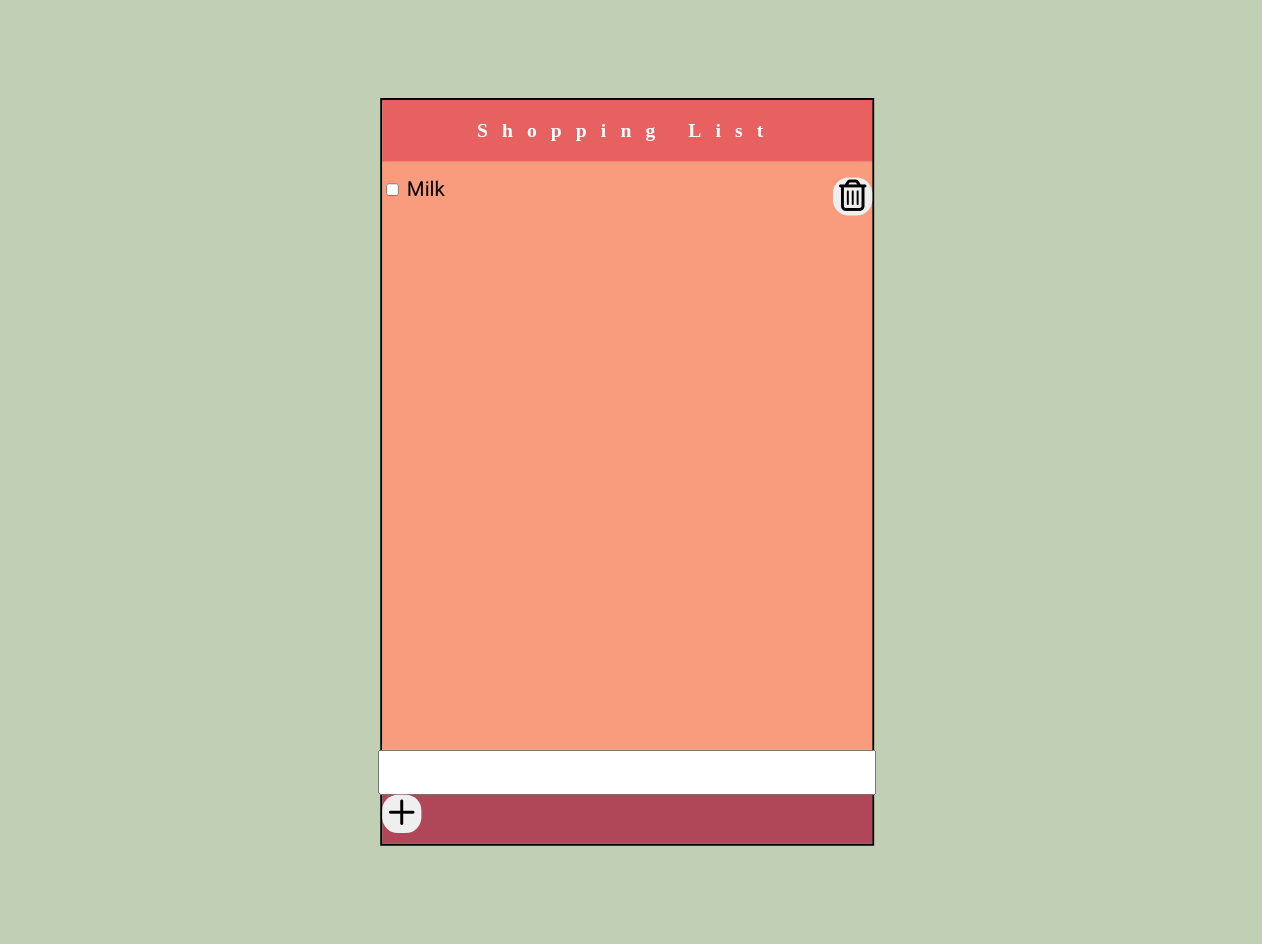
Repository: sephinejo/shopping-list-app
Page: index.html
The author's editor kept a copy of each file at every save. The page is drawn from the files as they stood at one save, then again after the next save.
The browser window is 1280 px wide. The page is 1280 px wide, then 1288 px, then 1280 px, so the pictures cover 1288 px, including what lies to the right of the window. The pictures show the whole page, at 98% of full size.
Some web fonts or font styles are not loaded; a fallback is used. Some web libraries are served in a nearby version.

Above is the page before, as saved 2023-05-11 22:45:08.

### index.html
<!DOCTYPE html>
<html lang="en">
  <head>
    <meta charset="UTF-8" />
    <meta http-equiv="X-UA-Compatible" content="IE=edge" />
    <meta name="viewport" content="width=device-width, initial-scale=1.0" />
    <title>Shopping List 🛍️🛒</title>
    <link rel="preconnect" href="https://fonts.googleapis.com" />
    <link rel="preconnect" href="https://fonts.gstatic.com" crossorigin />
    <link rel="preconnect" href="https://fonts.googleapis.com" />
    <link rel="preconnect" href="https://fonts.gstatic.com" crossorigin />
    <link rel="preconnect" href="https://fonts.googleapis.com" />
    <link rel="preconnect" href="https://fonts.gstatic.com" crossorigin />
    <link rel="preconnect" href="https://fonts.googleapis.com" />
    <link rel="preconnect" href="https://fonts.gstatic.com" crossorigin />
    <link
      href="https://fonts.googleapis.com/css2?family=Alice&family=Open+Sans:wght@300;400;700;800&family=Raleway:wght@400;600;700;800&family=Roboto+Mono:wght@300;400;500;700&family=Roboto:wght@400;500&family=Ubuntu:wght@400;700&display=swap"
      rel="stylesheet"
    />
    <script
      src="https://kit.fontawesome.com/9ac80604cb.js"
      crossorigin="anonymous"
    ></script>
    <link rel="stylesheet" href="style.css" />
    <script src="main.js" defer></script>
  </head>
  <body>
    <div class="container">
      <header>
        <p class="title">Shopping List</p>
      </header>
      <main>
        <ul class="items">
          <li class="item">
            <div class="item__title">
              <input class="item__checkbox" type="checkbox" />
              <label for="item__name">Milk</label>
            </div>
            <div class="item__delete">
              <button><i class="fa-regular fa-trash-can"></i></button>
            </div>
          </li>
        </ul>
      </main>
      <input class="input" type="text" />
      <footer>
        <button class="add">
          <i class="fa-regular fa-plus"></i>
        </button>
      </footer>
    </div>
  </body>
</html>

### style.css
body {
  margin: 0 auto;
  background-color: #c1d0b5;
}

.container {
  margin: 100px auto;
  width: 500px;
  border: 2px solid black;
  display: flex;
  flex-direction: column;
  align-items: center;
}

header {
  width: 100%;
  text-align: center;
  font-family: 'Alice';
  color: white;
  letter-spacing: 0.9rem;
  font-weight: 700;
  font-size: 20px;
  background-color: #e76161;
}

main {
  background-color: #f99b7d;
  width: 100%;
  height: 600px;
}

ul {
  padding: 0;
}

li {
  list-style: none;
  display: flex;
  justify-content: space-between;
  font-size: 1.3rem;
  font-family: 'Roboto';
}

.input {
  width: 100%;
  height: 40px;
  outline: none;
  font-size: 1.4rem;
}

footer {
  height: 50px;
  background-color: #b04759;
  width: 100%;
}

button {
  border-style: none;
  border-radius: 1rem;
  cursor: pointer;
  font-size: 2rem;
  text-align: center;
}

Loaded but not shown: main.js (no copy from this time; the picture is the same without it)

After the next save:
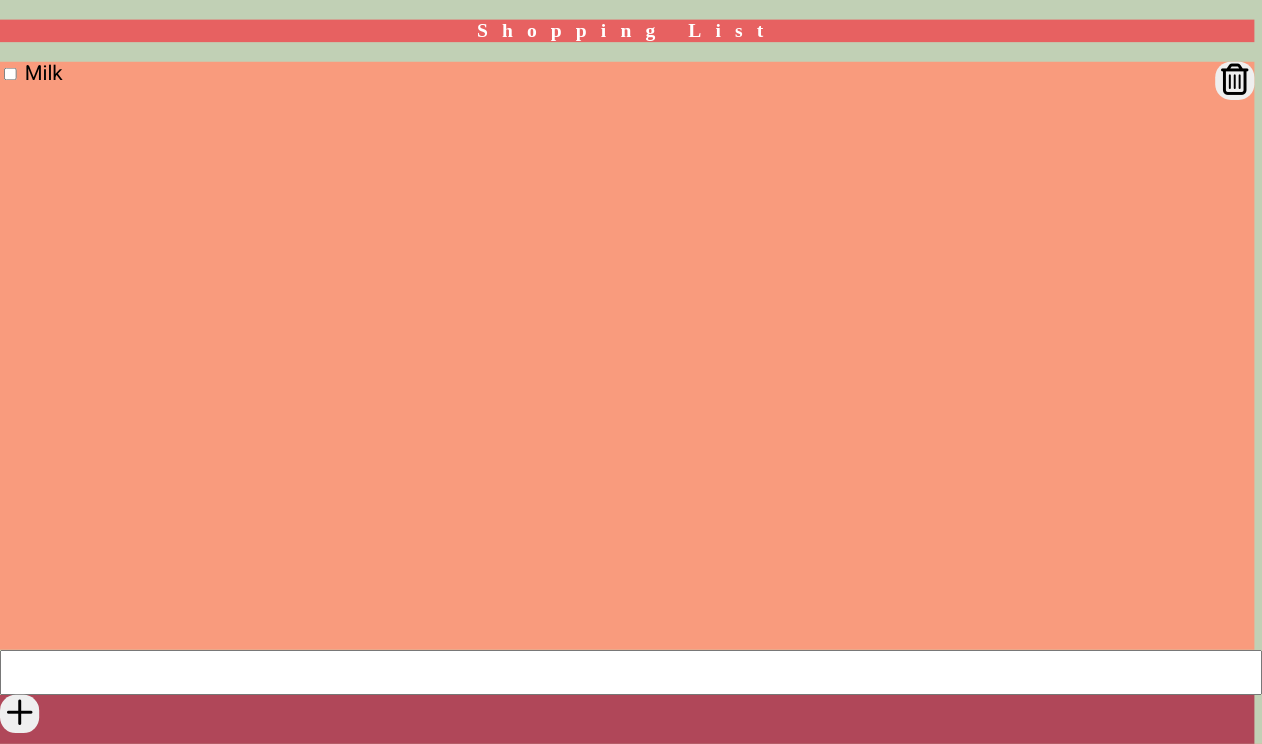
Saved 55 s later.
--- a/index.html
+++ b/index.html
@@ -25,29 +25,27 @@
     <script src="main.js" defer></script>
   </head>
   <body>
-    <div class="container">
-      <header>
-        <p class="title">Shopping List</p>
-      </header>
-      <main>
-        <ul class="items">
-          <li class="item">
-            <div class="item__title">
-              <input class="item__checkbox" type="checkbox" />
-              <label for="item__name">Milk</label>
-            </div>
-            <div class="item__delete">
-              <button><i class="fa-regular fa-trash-can"></i></button>
-            </div>
-          </li>
-        </ul>
-      </main>
-      <input class="input" type="text" />
-      <footer>
-        <button class="add">
-          <i class="fa-regular fa-plus"></i>
-        </button>
-      </footer>
-    </div>
+    <header>
+      <p class="title">Shopping List</p>
+    </header>
+    <main>
+      <ul class="items">
+        <li class="item">
+          <div class="item__title">
+            <input class="item__checkbox" type="checkbox" />
+            <label for="item__name">Milk</label>
+          </div>
+          <div class="item__delete">
+            <button><i class="fa-regular fa-trash-can"></i></button>
+          </div>
+        </li>
+      </ul>
+    </main>
+    <input class="input" type="text" />
+    <footer>
+      <button class="add">
+        <i class="fa-regular fa-plus"></i>
+      </button>
+    </footer>
   </body>
 </html>

After the save that followed:
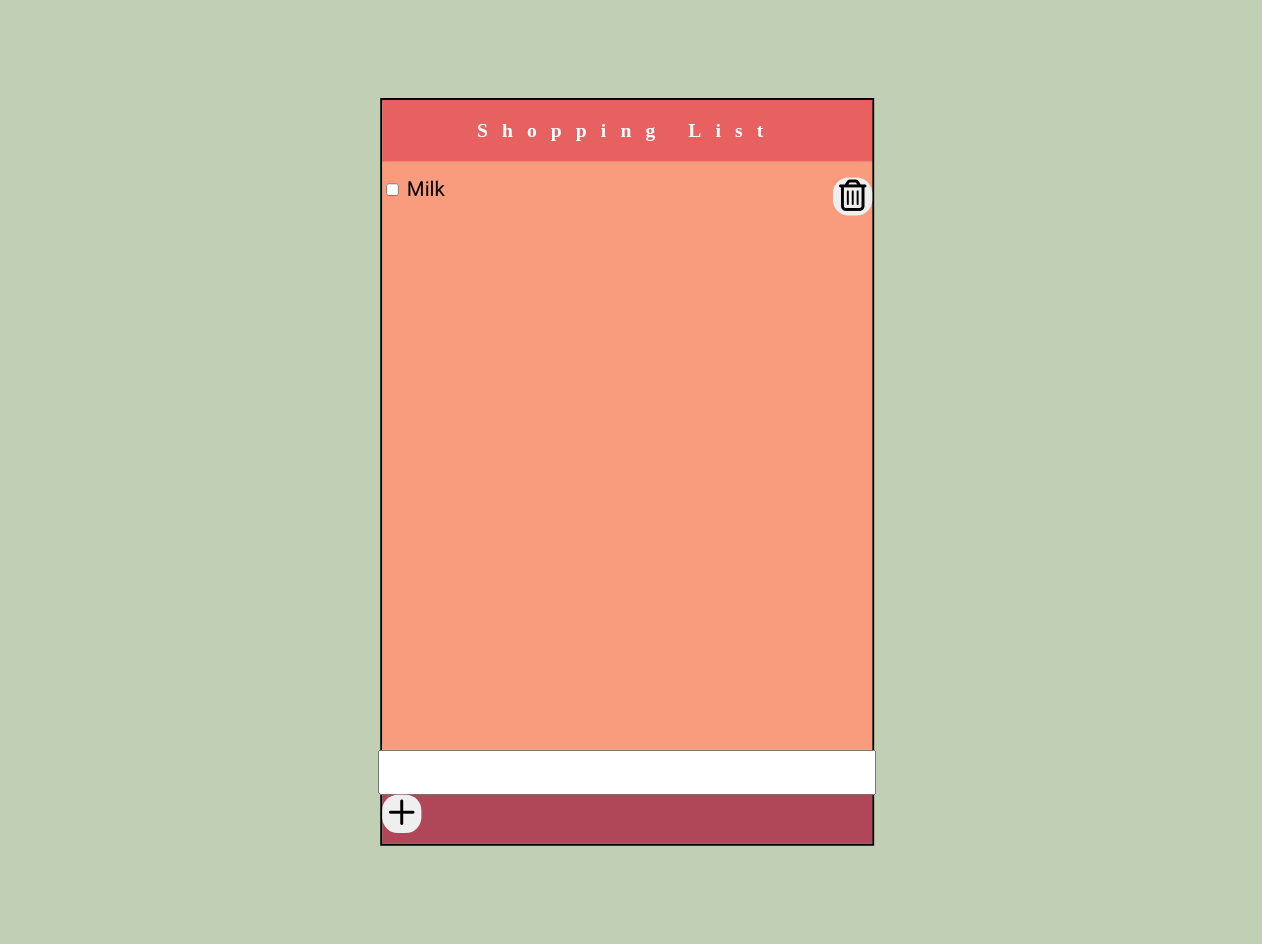
Saved 11 s later.
--- a/index.html
+++ b/index.html
@@ -25,27 +25,29 @@
     <script src="main.js" defer></script>
   </head>
   <body>
-    <header>
-      <p class="title">Shopping List</p>
-    </header>
-    <main>
-      <ul class="items">
-        <li class="item">
-          <div class="item__title">
-            <input class="item__checkbox" type="checkbox" />
-            <label for="item__name">Milk</label>
-          </div>
-          <div class="item__delete">
-            <button><i class="fa-regular fa-trash-can"></i></button>
-          </div>
-        </li>
-      </ul>
-    </main>
-    <input class="input" type="text" />
-    <footer>
-      <button class="add">
-        <i class="fa-regular fa-plus"></i>
-      </button>
-    </footer>
+    <div class="container">
+      <header>
+        <p class="title">Shopping List</p>
+      </header>
+      <main>
+        <ul class="items">
+          <li class="item">
+            <div class="item__title">
+              <input class="item__checkbox" type="checkbox" />
+              <label for="item__name">Milk</label>
+            </div>
+            <div class="item__delete">
+              <button><i class="fa-regular fa-trash-can"></i></button>
+            </div>
+          </li>
+        </ul>
+      </main>
+      <input class="input" type="text" />
+      <footer>
+        <button class="add">
+          <i class="fa-regular fa-plus"></i>
+        </button>
+      </footer>
+    </div>
   </body>
 </html>
